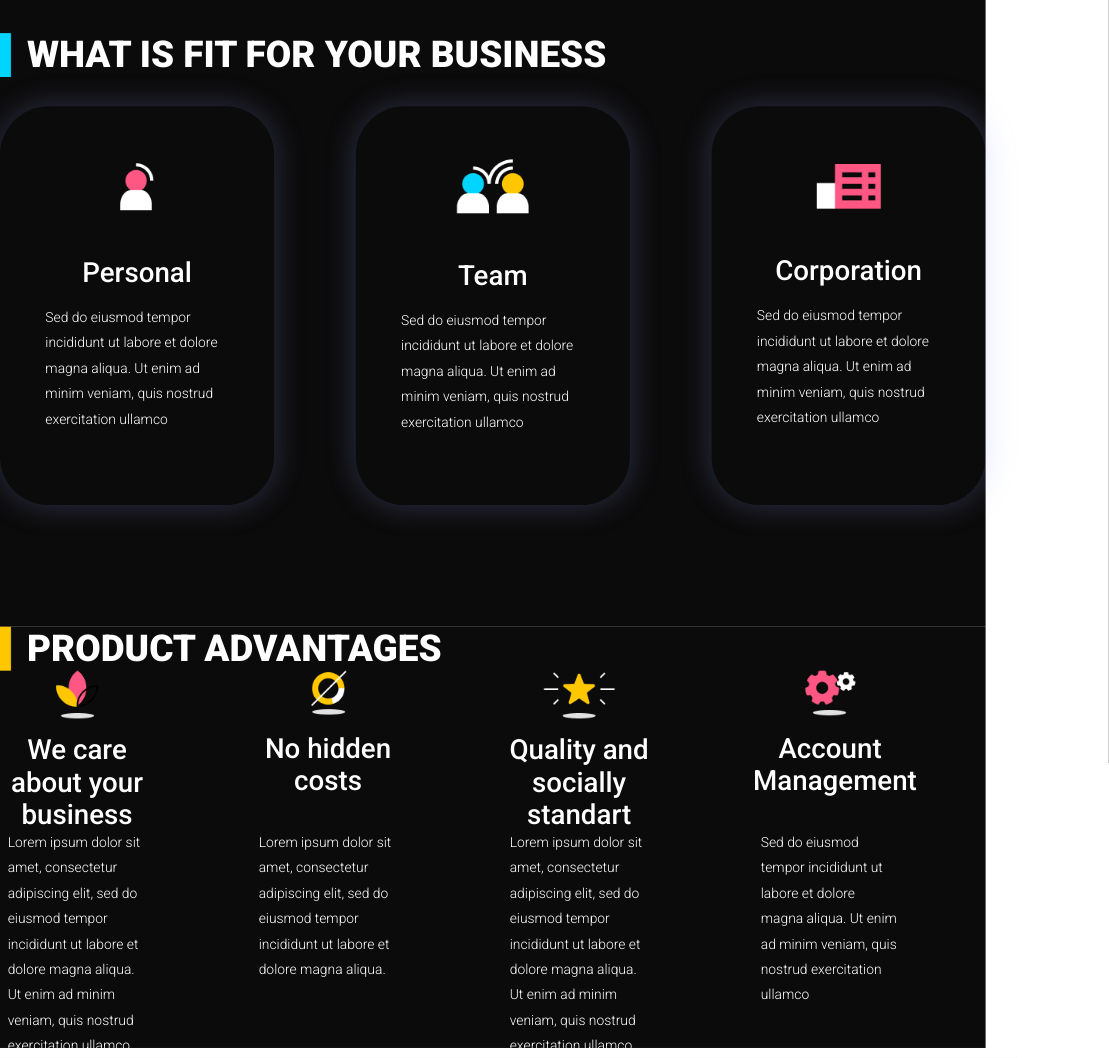
Repository: VetaWhale/team-site-test
Page: index.html
These files come from the project's save history. The page is drawn as it stood at one moment and after the next save; the edit follows.
The browser window is 1280 px wide. The page is 1440 px wide, so the pictures cover 1440 px, including what lies to the right of the window. The pictures show the whole page, at 77% of full size.
Some web fonts or font styles are not loaded; a fallback is used.

Above is the page before, as saved 2023-04-24 15:13:37.

### index.html
<!DOCTYPE html>
<html lang="en">

<head>
    <meta charset="UTF-8" />
    <link rel="stylesheet" href="./css/reset.css" />
    <link rel="preconnect" href="https://fonts.googleapis.com" />
    <link rel="preconnect" href="https://fonts.gstatic.com" crossorigin />
    <link href="https://fonts.googleapis.com/css2?family=Nunito:wght@400;800&family=Oranienbaum&family=Prata&family=Rammetto+One&family=Roboto:wght@300;400;500;700;900&display=swap" rel="stylesheet" />
    <link rel="stylesheet" href="./css/index.css" />
    <title>Our test site</title>
</head>

<body>
    <header></header>
    <main>
        <section class="business">
            <div class="business__title">
                <img class="business__icon" src="./resources/business_icon.png" alt="">
                <h2 class="business__text">
                    WHAT IS FIT FOR YOUR BUSINESS
                </h2>
            </div>
            <div class="business__container">
                <div class="business__item">
                    <img src="./resources/people__icon.png" alt="" />
                    <h2 class="business__title-text">Personal</h2>
                    <p class="business__description">
                        Sed do eiusmod tempor incididunt ut labore et dolore magna aliqua. Ut enim ad minim veniam, quis nostrud exercitation ullamco
                    </p>
                </div>

                <div class="business__item">
                    <img src="./resources/two_people__icon.png" alt="" />
                    <h2 class="business__title-text">Team</h2>
                    <p class="business__description">
                        Sed do eiusmod tempor incididunt ut labore et dolore magna aliqua. Ut enim ad minim veniam, quis nostrud exercitation ullamco
                    </p>
                </div>
                <div class="business__item">
                    <img src="./resources/home__icon.png" alt="" />
                    <h2 class="business__title-text">Corporation</h2>
                    <p class="business__description">
                        Sed do eiusmod tempor incididunt ut labore et dolore magna aliqua. Ut enim ad minim veniam, quis nostrud exercitation ullamco
                    </p>
                </div>
            </div>
        </section>
        <section class="product__section">
            <div class="product__title">
                <img src="./resources/product_icon.png" alt="">
                <h2>
                    PRODUCT ADVANTAGES
                </h2>
            </div>
            <div class="product__container">
                <div class="product__item">
                    <img src="./resources/product_icon-flower.png" alt="">
                    <h2 class="product__title-text">
                        We care about your business
                    </h2>
                    <p class="product__description">
                        Lorem ipsum dolor sit amet, consectetur adipiscing elit, sed do eiusmod tempor incididunt ut labore et dolore magna aliqua. Ut enim ad minim veniam, quis nostrud exercitation ullamco
                    </p>
                </div>
                <div class="product__item">
                    <img src="./resources/product_icon-ellipse.png" alt="">
                    <h2 class="product__title-text">
                        No hidden costs
                    </h2>
                    <p class="product__description">
                        Lorem ipsum dolor sit amet, consectetur adipiscing elit, sed do eiusmod tempor incididunt ut labore et dolore magna aliqua.
                    </p>
                </div>
                <div class="product__item">
                    <img src="./resources/product_icon-star.png" alt="">
                    <h2 class="product__title-text">
                        Quality and socially standart
                    </h2>
                    <p class="product__description">
                        Lorem ipsum dolor sit amet, consectetur adipiscing elit, sed do eiusmod tempor incididunt ut labore et dolore magna aliqua. Ut enim ad minim veniam, quis nostrud exercitation ullamco
                    </p>
                </div>
                <div class="product__item">
                    <img src="./resources/ICON 04.png" alt="">
                    <h2 class="product__title-text">
                        Account Management
                    </h2>
                    <p class="product__description">
                        Sed do eiusmod tempor incididunt ut labore et dolore magna aliqua. Ut enim ad minim veniam, quis nostrud exercitation ullamco
                    </p>
                </div>
            </div>
        </section>
    </main>
    <footer></footer>
</body>

</html>

### css/index.css
/* Шрифты для нашего сайта */


/*
font-family: 'Nunito', sans-serif;
font-family: 'Oranienbaum', serif;
font-family: 'Prata', serif;
font-family: 'Rammetto One', cursive;
font-family: 'Roboto', sans-serif;
*/

@import'../css/business.css';
@import'../css/product.css';
body {
    font-family: 'Roboto', sans-serif;
}

### css/business.css
.business {
    width: 100%;
    background-color: #0C0B0B;
    padding-top: 43px;
    margin: 0 auto;
}

.business__container {
    max-width: 1440px;
    margin: 0 auto;
    display: flex;
    flex-direction: row;
    gap: 94px;
    padding-top: 38px;
    padding-bottom: 158px;
    justify-content: space-between;
}

.business__title {
    max-width: 1440px;
    margin: 0 auto;
    display: flex;
    gap: 20px;
}

.business__text {
    font-weight: 900;
    font-size: 48px;
    line-height: 56px;
    color: #FFFFFF;
}

.business__title-text {
    font-weight: 500;
    font-size: 36px;
    line-height: 42px;
    color: #FFFFFF;
    padding-top: 40px;
}

.business__item {
    display: flex;
    justify-content: center;
    align-items: center;
    flex-direction: column;
    width: 356px;
    height: 518px;
    box-shadow: 0px 0px 40px rgba(146, 163, 255, 0.25);
    border-radius: 63px;
    gap: 20px;
}

.business__description {
    font-weight: 300;
    font-size: 18px;
    line-height: 33px;
    color: #FFFFFF;
    width: 238.17px;
    height: 188px
}

### css/product.css
.product__section {
    width: 100%;
    background-color: #0C0B0B;
    margin: 0 auto;
}

.product__title {
    width: 1440px;
    margin: 0 auto;
    display: flex;
    font-weight: 900;
    font-size: 48px;
    line-height: 56px;
    color: #FFFFFF;
    gap: 20px;
}

.product__container {
    display: flex;
    margin: 0 auto;
    width: 100%;
    max-width: 1440px;
    flex-direction: row;
    gap: 126px;
}

.product__item {
    display: flex;
    flex-direction: column;
    align-items: center;
    justify-content: space-between;
    gap: 20px;
}

.product__title-text {
    font-weight: 500;
    font-size: 36px;
    line-height: 42px;
    width: 200px;
    height: 104px;
    color: #FFFFFF;
    text-align: center;
}

.product__description {
    font-weight: 300;
    font-size: 18px;
    line-height: 33px;
    width: 180.13px;
    height: 284px;
    color: #FFFFFF;
}

Loaded but not shown: css/reset.css (common file)

After the next save:
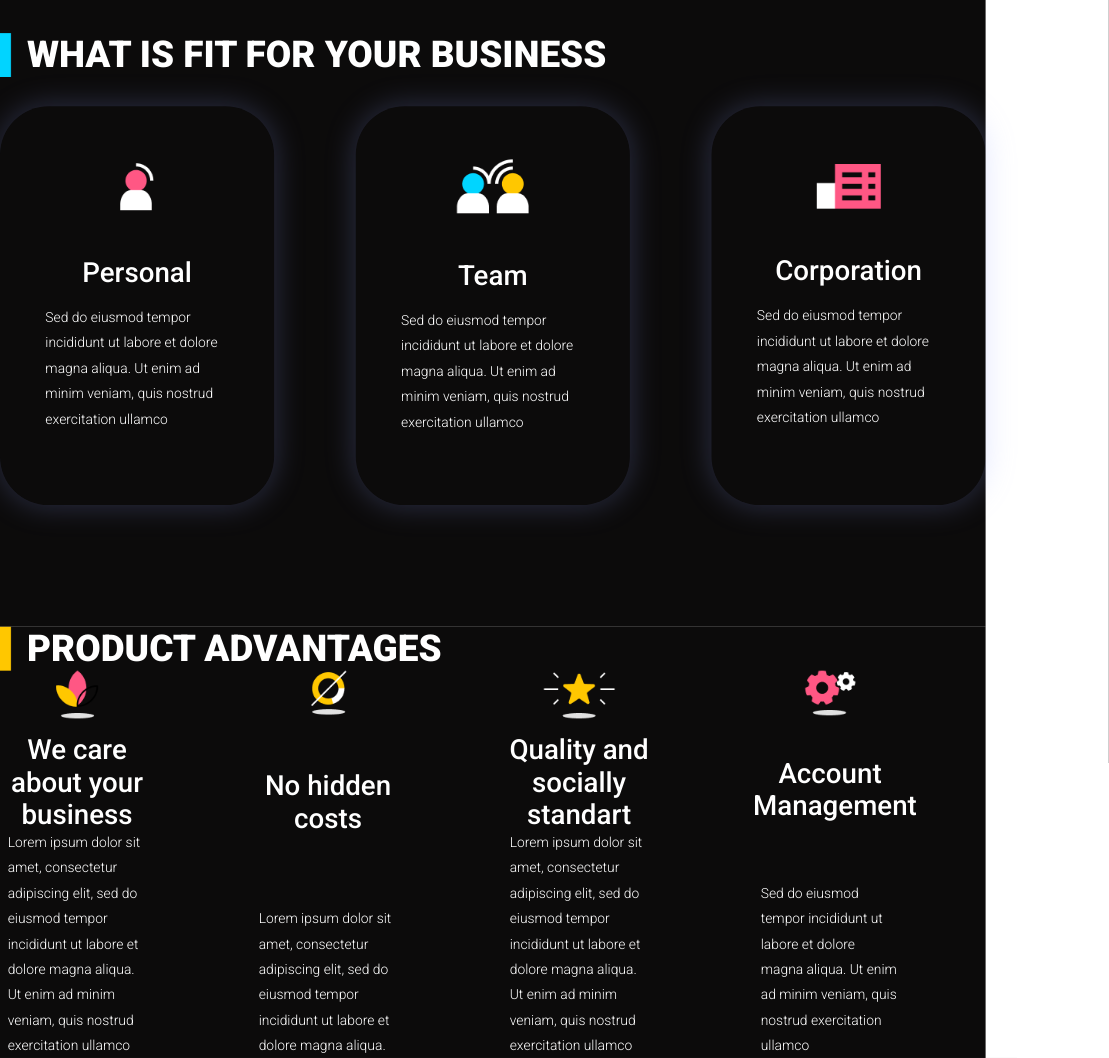
Saved 7 s later.
--- a/css/product.css
+++ b/css/product.css
@@ -47,6 +47,5 @@
     font-size: 18px;
     line-height: 33px;
     width: 180.13px;
-    height: 284px;
     color: #FFFFFF;
 }
